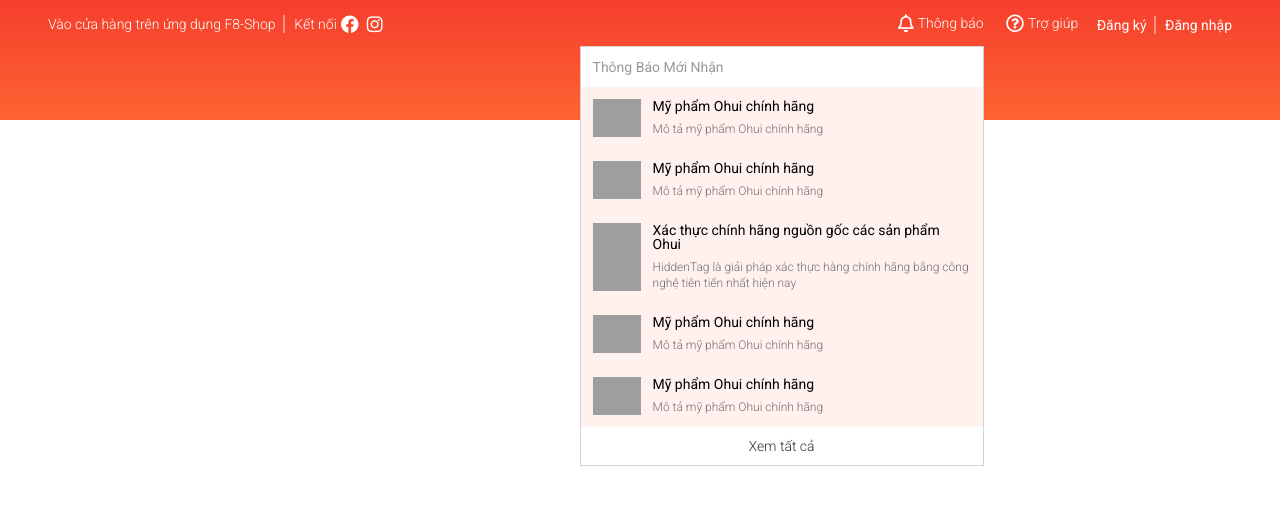
Repository: vanntrong/F8-Shop
Page: index.html
These files come from the project's save history. The page is drawn as it stood at one moment and after the next save; the edit follows.
The browser window is 1280 px wide. The pictures show the whole page.
Pictures or frames that could not be fetched are drawn as grey boxes.

Above is the page before, as saved 2021-09-01 18:37:45.

After the next save:
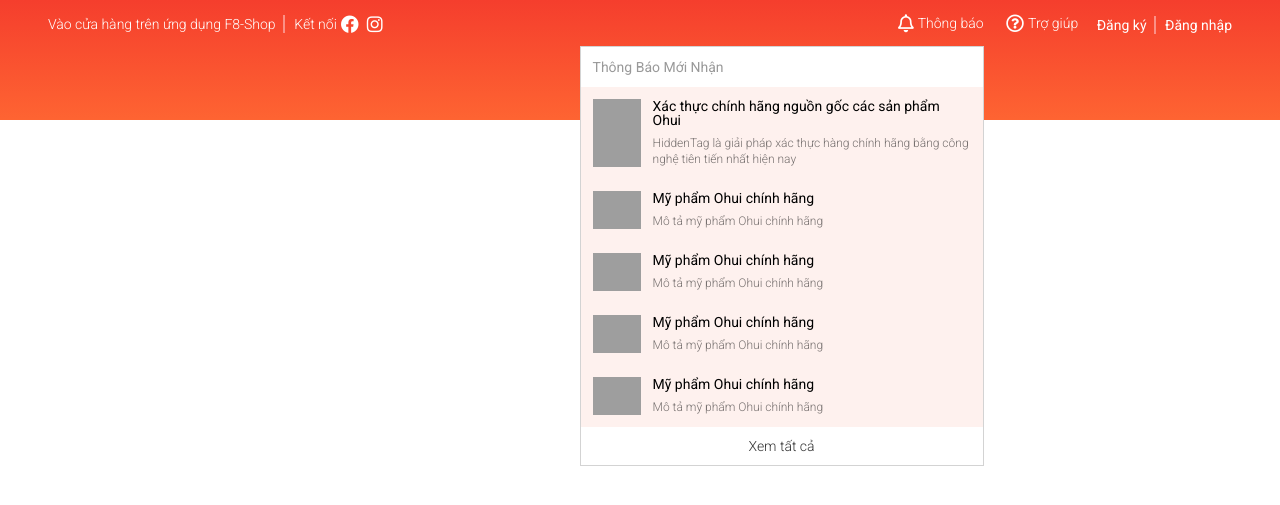
Saved 68 s later.
--- a/index.html
+++ b/index.html
@@ -64,8 +64,10 @@
                           class="header__notify-img"
                         />
                         <div class="header__notify-info">
-                          <span class="header__notify-name"> Mỹ phẩm Ohui chính hãng </span>
-                          <span class="header__notify-desc"> Mô tả mỹ phẩm Ohui chính hãng </span>
+                          <span class="header__notify-name"> Xác thực chính hãng nguồn gốc các sản phẩm Ohui </span>
+                          <span class="header__notify-desc">
+                            HiddenTag là giải pháp xác thực hàng chính hãng bằng công nghệ tiên tiến nhất hiện nay
+                          </span>
                         </div>
                       </a>
                     </li>
@@ -90,10 +92,8 @@
                           class="header__notify-img"
                         />
                         <div class="header__notify-info">
-                          <span class="header__notify-name"> Xác thực chính hãng nguồn gốc các sản phẩm Ohui </span>
-                          <span class="header__notify-desc">
-                            HiddenTag là giải pháp xác thực hàng chính hãng bằng công nghệ tiên tiến nhất hiện nay
-                          </span>
+                          <span class="header__notify-name"> Mỹ phẩm Ohui chính hãng </span>
+                          <span class="header__notify-desc"> Mô tả mỹ phẩm Ohui chính hãng </span>
                         </div>
                       </a>
                     </li>
